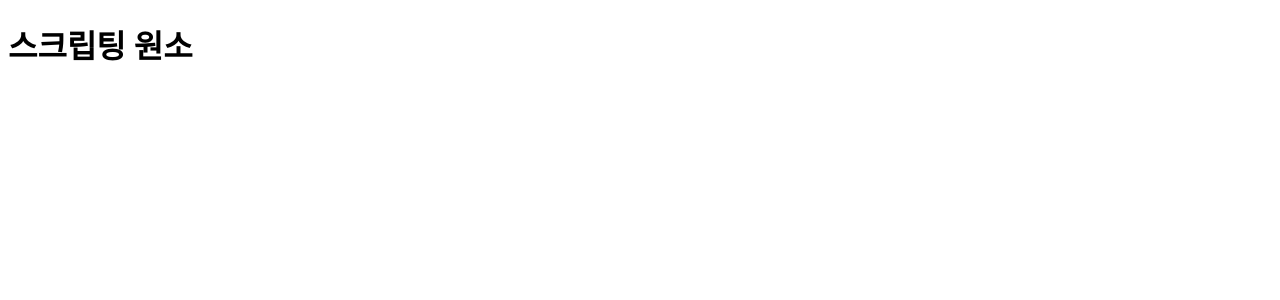
Repository: hyerangbi/Servlet
Page: http://localhost/JSP/views/01_ScriptingElement.jsp
The author's editor kept a copy of each file at every save. The page is drawn from the files as they stood at one save, then again after the next save.
The browser window is 1280 px wide. The pictures show the whole page.
The page is served by Tomcat 10.

Above is the page before, as saved 2024-09-10 02:21:35.

After the next save:
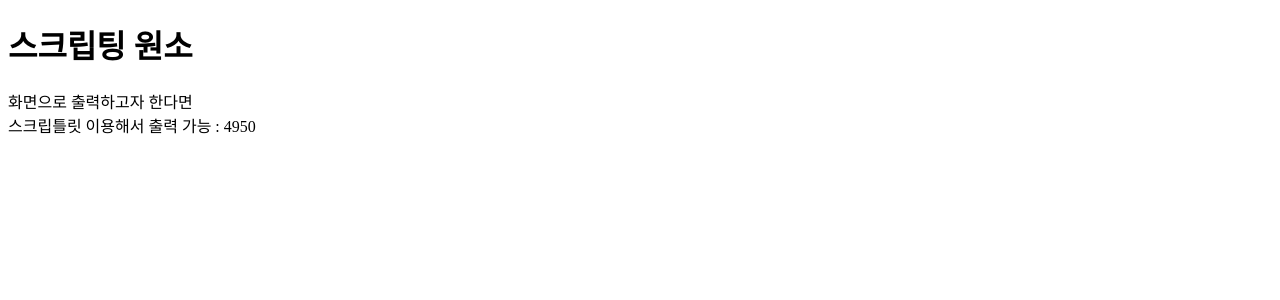
Saved 2 min 27 s later.
--- a/7_JSP/JSP/src/main/webapp/views/01_ScriptingElement.jsp
+++ b/7_JSP/JSP/src/main/webapp/views/01_ScriptingElement.jsp
@@ -19,5 +19,10 @@
 			sum+= i;
 		}
 	%>
+
+	<p>
+		화면으로 출력하고자 한다면 <br>
+		스크립틀릿 이용해서 출력 가능 : <% out.println(sum); %>
+	</p>
 </body>
 </html>
